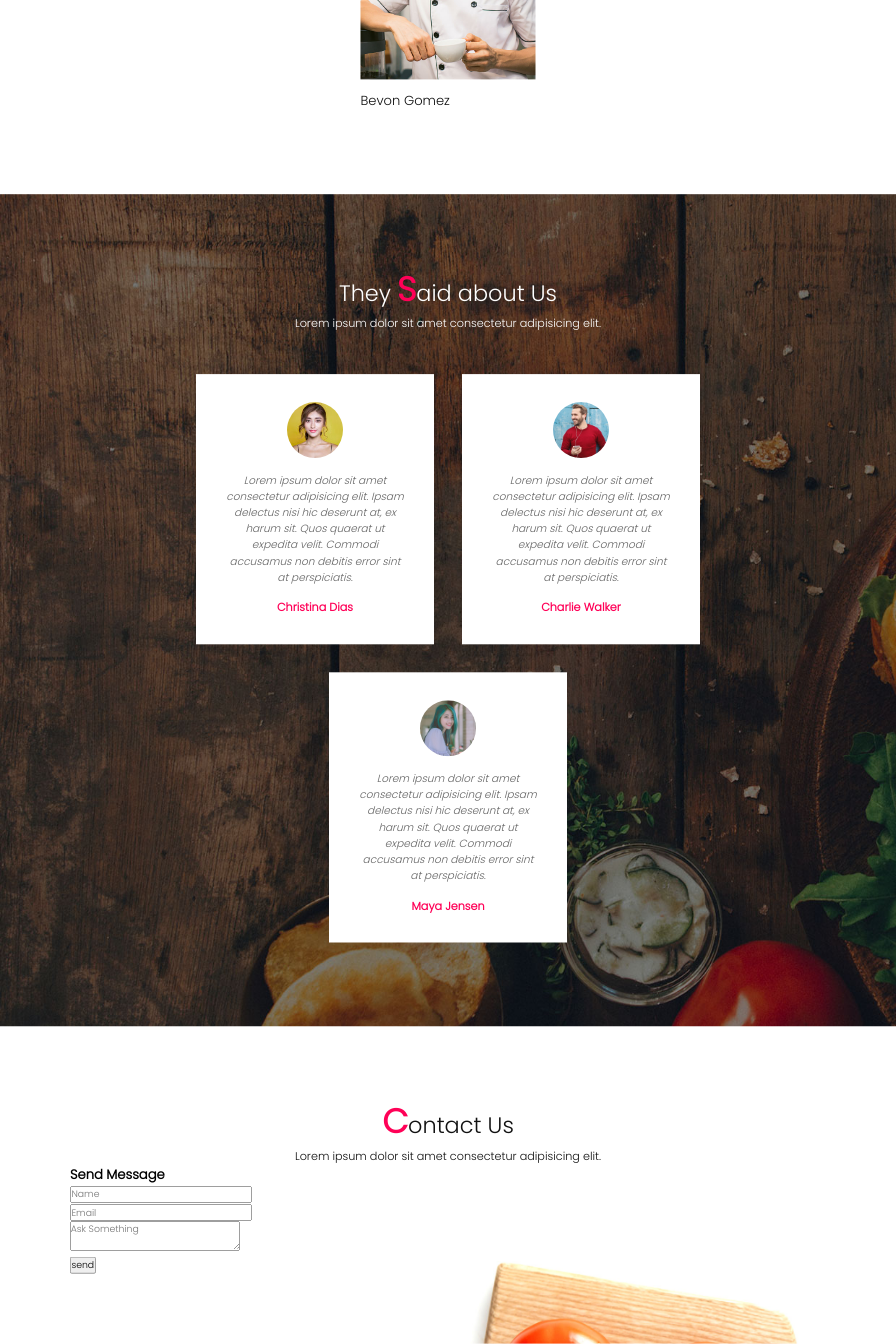
Repository: Adriandias1997/MobileFriendly_FoodWebsite
Page: index.html
An editor plug-in stored every save of this project. The page is shown before and after the next save, followed by the edit.
The browser window is 1280 px wide. The pictures show the part of the page from y = 3748 to 5668 px (the page is 5668 px tall), at 70% of full size.

Above is the page before, as saved 2020-10-16 17:58:10.

### index.html
<!DOCTYPE html>
<html lang="en">

<head>
    <meta charset="UTF-8">
    <meta name="viewport" content="width=device-width, initial-scale=1.0">
    <title>Food</title>
    <link rel="stylesheet" href="style.css">
</head>

<body>
    <header>
        <a href="#" class="logo">Food <span>Corner</span></a>
        <ul class="navigation">
            <li><a href="#banner">Home</a></li>
            <li><a href="#about">About Us</a></li>
            <li><a href="#menu">Menu</a></li>
            <li><a href="#expert">Expert</a></li>
            <li><a href="#testimonials">Testimonials</a></li>
            <li><a href="#contact">Contact</a></li>
        </ul>

    </header>
    <section class="banner" id="banner">
        <div class="content">
            <h2>Always choose Good</h2>
            <p>Lorem ipsum dolor sit amet consectetur adipisicing elit. Ipsam delectus nisi hic deserunt at, ex harum sit. Quos quaerat ut expedita velit. Commodi accusamus non debitis error sint at perspiciatis.</p>

            <a href="#" class="btn">Our Menu</a>
        </div>
    </section>

    <section class="about" id="about">
        <div class="row">
            <div class="col50">
                <h2 class="titleText"><span>A</span>bout Us</h2>
                <p>Lorem ipsum dolor sit amet consectetur adipisicing elit. Dolorum vero quam, at fuga facilis maiores consequatur! Quibusdam possimus debitis sed alias, provident fuga voluptatem, tempora eligendi aliquid quaerat laudantium repellat. Lorem
                    ipsum dolor sit amet consectetur adipisicing elit. Dolorum vero quam, at fuga facilis maiores consequatur! Quibusdam possimus debitis sed alias, provident fuga voluptatem, tempora eligendi aliquid quaerat laudantium repellat. Lorem
                    ipsum dolor sit amet consectetur adipisicing elit. Dolorum vero quam, at fuga facilis maiores consequatur! Quibusdam possimus debitis sed alias, provident fuga voluptatem, tempora eligendi aliquid quaerat laudantium repellat.
                </p>
            </div>
            <div class="col50">
                <div class="imgBx">
                    <img src="./Images/img1.jpg" alt="">
                </div>
            </div>
        </div>
    </section>

    <section class="menu" id="menu">
        <div class="title">
            <h2 class="titleText">Our <span>M</span>enu</h2>
            <p>Lorem ipsum dolor sit amet consectetur adipisicing elit.
            </p>
        </div>
        <div class="content">
            <div class="box">
                <div class="imgBx">
                    <img src="Images/menu1.jpg" alt="">
                </div>
                <div class="text">
                    <h3>Special Salads</h3>
                </div>
            </div>
            <div class="box">
                <div class="imgBx">
                    <img src="Images/menu2.jpg" alt="">
                </div>
                <div class="text">
                    <h3>Special Soups</h3>
                </div>
            </div>
            <div class="box">
                <div class="imgBx">
                    <img src="Images/menu3.jpg" alt="">
                </div>
                <div class="text">
                    <h3>Special Pasta</h3>
                </div>
            </div>
            <div class="box">
                <div class="imgBx">
                    <img src="Images/menu4.jpg" alt="">
                </div>
                <div class="text">
                    <h3>Special Salads</h3>
                </div>
            </div>
            <div class="box">
                <div class="imgBx">
                    <img src="Images/menu5.jpg" alt="">
                </div>
                <div class="text">
                    <h3>Special Soups</h3>
                </div>
            </div>
            <div class="box">
                <div class="imgBx">
                    <img src="Images/menu6.jpg" alt="">
                </div>
                <div class="text">
                    <h3>Special Salads</h3>
                </div>
            </div>
        </div>
        <div class="title">
            <a href="#" class="btn">
                View All
            </a>
        </div>
    </section>
    <section class="expert" id="expert">
        <div class="title">
            <h2 class="titleText">Our Kitchen <span>E</span>xpert</h2>
            <p>Lorem ipsum dolor sit amet consectetur adipisicing elit.
            </p>
        </div>
        <div class="content">
            <div class="box">
                <div class="imgBx">
                    <img src="Images/expert1.jpg" alt="">
                </div>
                <div class="text">
                    <h3>Tyler Brook</h3>
                </div>
            </div>
            <div class="box">
                <div class="imgBx">
                    <img src="Images/expert2.jpg" alt="">
                </div>
                <div class="text">
                    <h3>Dino Blok</h3>
                </div>
            </div>
            <div class="box">
                <div class="imgBx">
                    <img src="Images/expert3.jpg" alt="">
                </div>
                <div class="text">
                    <h3>Melanie Sasha</h3>
                </div>
            </div>
            <div class="box">
                <div class="imgBx">
                    <img src="Images/expert4.jpg" alt="">
                </div>
                <div class="text">
                    <h3>Bevon Gomez</h3>
                </div>
            </div>
        </div>
    </section>

    <section class="testimonials" id="testimonials">
        <div class="title white">
            <h2 class="titleText">They <span>S</span>aid about Us</h2>
            <p>Lorem ipsum dolor sit amet consectetur adipisicing elit.
            </p>
        </div>
        <div class="content">
            <div class="box">

                <div class="imgBx">
                    <img src="Images/testi1.jpg" alt="">
                </div>
                <div class="text">
                    <p>Lorem ipsum dolor sit amet consectetur adipisicing elit. Ipsam delectus nisi hic deserunt at, ex harum sit. Quos quaerat ut expedita velit. Commodi accusamus non debitis error sint at perspiciatis.
                    </p>
                    <h3>Christina Dias</h3>
                </div>
            </div>
            <div class="box">

                <div class="imgBx">
                    <img src="Images/testi2.jpg" alt="">
                </div>
                <div class="text">
                    <p>Lorem ipsum dolor sit amet consectetur adipisicing elit. Ipsam delectus nisi hic deserunt at, ex harum sit. Quos quaerat ut expedita velit. Commodi accusamus non debitis error sint at perspiciatis.
                    </p>
                    <h3>Charlie Walker</h3>
                </div>
            </div>
            <div class="box">

                <div class="imgBx">
                    <img src="Images/testi3.jpg" alt="">
                </div>
                <div class="text">
                    <p>Lorem ipsum dolor sit amet consectetur adipisicing elit. Ipsam delectus nisi hic deserunt at, ex harum sit. Quos quaerat ut expedita velit. Commodi accusamus non debitis error sint at perspiciatis.
                    </p>
                    <h3>Maya Jensen</h3>
                </div>
            </div>
        </div>
    </section>

    <section class="contact" id="contact">
        <div class="title">
            <h2 class="titleText"><span>C</span>ontact Us</h2>
            <p>Lorem ipsum dolor sit amet consectetur adipisicing elit.
            </p>
        </div>
        <div class="contactForm">
            <h3>Send Message</h3>
            <div class="inputBox">
                <input type="text" placeholder="Name">
            </div>
            <div class="inputBox">
                <input type="text" placeholder="Email">
            </div>
            <div class="inputBox">
                <textarea placeholder="Ask Something"></textarea>

                <div class="inputBox">
                    <input type="submit" value="send">
                </div>

            </div>
    </section>
    <script src="index.js"></script>
</body>

</html>

### style.css
        @import url("https://fonts.googleapis.com/css2?family=Poppins:wght@300&display=swap");
        * {
            margin: 0;
            padding: 0;
            box-sizing: border-box;
            font-family: "Poppins", sans-serif;
            scroll-behavior: smooth;
        }

        p {
            font-weight: 300;
            color: #111;
        }
        /* body {
    min-height: 1000px;
} */

        .banner {
            position: relative;
            width: 100%;
            min-height: 100vh;
            display: flex;
            justify-content: center;
            align-items: center;
            background: url(./Images/bg.jpg);
            background-size: cover;
        }

        .banner .content {
            max-width: 900px;
            text-align: center;
        }

        .banner .content h2 {
            font-size: 5em;
            color: #fff;
        }

        .banner .content p {
            font-size: 1em;
            color: #fff;
        }

        .btn {
            font-size: 1em;
            color: #fff;
            background: #ff0157;
            display: inline-block;
            padding: 10px 30px;
            text-transform: uppercase;
            text-decoration: none;
            letter-spacing: 2px;
            transition: 0.5s;
        }

        .btn:hover {
            background-color: #fff;
            color: #ff0157;
            letter-spacing: 6px;
        }

        header {
            position: fixed;
            top: 0;
            left: 0;
            width: 100%;
            padding: 40px 100px;
            z-index: 10000;
            display: flex;
            justify-content: space-between;
            align-items: center;
            transition: 0.5s;
        }

        header.sticky {
            background: #fff;
            padding: 10px 100px;
            box-shadow: 0 5px 20px rgba(0, 0, 0, 0.05);
        }

        header .logo {
            color: #fff;
            font-weight: 700;
            text-decoration: none;
            font-size: 2em;
        }

        header.sticky .logo {
            color: #111;
        }

        header .logo span {
            color: #ff0157;
        }

        header .navigation {
            position: relative;
            display: flex;
        }

        header .navigation li {
            list-style: none;
            margin-left: 30px;
        }

        header .navigation li a {
            text-decoration: none;
            color: #fff;
            font-weight: 300;
        }

        header.sticky .navigation li a {
            color: #111;
            font-weight: 300;
        }

        header .navigation li a:hover {
            color: #ff0157;
        }

        section {
            padding: 100px;
        }

        .row {
            position: relative;
            width: 100%;
            display: flex;
            justify-content: space-between;
        }

        .row .col50 {
            position: relative;
            width: 48%;
        }

        .titleText {
            color: #111;
            font-size: 2em;
            font-weight: 400;
        }

        .titleText span {
            color: #ff0157;
            font-size: 1.5em;
            font-weight: 700;
        }

        .row .col50 .imgBx {
            position: relative;
            width: 100%;
            height: 100%;
            /* min-height: 300px; */
        }

        .row .col50 .imgBx img {
            position: relative;
            top: 0;
            left: 0;
            width: 100%;
            height: 100%;
            object-fit: cover;
        }

        .title {
            width: 100%;
            display: flex;
            justify-content: center;
            align-items: center;
            flex-direction: column;
        }

        .menu .content {
            display: flex;
            justify-content: center;
            flex-direction: row-reverse;
            flex-wrap: wrap;
            margin-top: 40px;
        }

        .menu .content .box {
            width: 340px;
            margin: 20px;
            border: 15px solid #fff;
            box-shadow: 0 5px 20px rgba(0, 0, 0, 0.08);
        }

        .menu .content .box .imgBx {
            position: relative;
            width: 100%;
            height: 300px;
        }

        .menu .content .box .imgBx img {
            position: absolute;
            top: 0;
            left: 0;
            width: 100%;
            height: 100%;
            object-fit: cover;
        }

        .menu .content .box .text {
            padding: 15px 0 5px;
        }

        .menu .content .box .text h3 {
            font-weight: 400;
            color: #111;
        }

        .expert .content {
            display: flex;
            justify-content: center;
            align-items: center;
            flex-wrap: wrap;
            flex-direction: row;
            margin-top: 40px;
        }

        .expert .content .box {
            width: 250px;
            margin: 15px;
        }

        .expert .content .box .imgBx {
            position: relative;
            width: 100%;
            height: 300px;
        }

        .expert .content .box .imgBx img {
            position: absolute;
            top: 0;
            left: 0;
            width: 100%;
            height: 100%;
            object-fit: cover;
        }

        .expert .content .box .text {
            padding: 15px 0 5px;
        }

        .expert .content .box .text h3 {
            font-weight: 400;
            color: #111;
        }

        .testimonials {
            background: url(./Images/bg2.jpg);
            background-size: cover;
        }

        .white .titleText,
        .white p {
            color: #fff;
        }

        .testimonials .content {
            display: flex;
            justify-content: center;
            flex-wrap: wrap;
            flex-direction: row;
            margin-top: 40px;
        }

        .testimonials .content .box {
            width: 340px;
            margin: 20px;
            padding: 40px;
            background: #fff;
            display: flex;
            justify-content: center;
            align-items: center;
            flex-direction: column;
        }

        .testimonials .content .box .imgBx {
            position: relative;
            width: 80px;
            height: 80px;
            margin-bottom: 20px;
            border-radius: 50%;
            overflow: hidden;
        }

        .testimonials .content .box .imgBx img {
            position: absolute;
            top: 0;
            left: 0;
            width: 100%;
            height: 100%;
            object-fit: cover;
        }

        .testimonials .content .box .text {
            text-align: center;
        }

        .testimonials .content .box .text p {
            color: #666;
            font-style: italic;
            font-size: 15px;
        }

        .testimonials .content .box .text h3 {
            margin-top: 20px;
            color: #ff0157;
            font-size: 1em;
            font-weight: 600;
        }

        .contact {
            background: url(./Images/bg3.jpg);
            background-size: cover;
        }

### index.js
window.addEventListener('scroll', function() {
    const header = document.querySelector('header');
    header.classList.toggle('sticky', window.scrollY > 0);
});

After the next save:
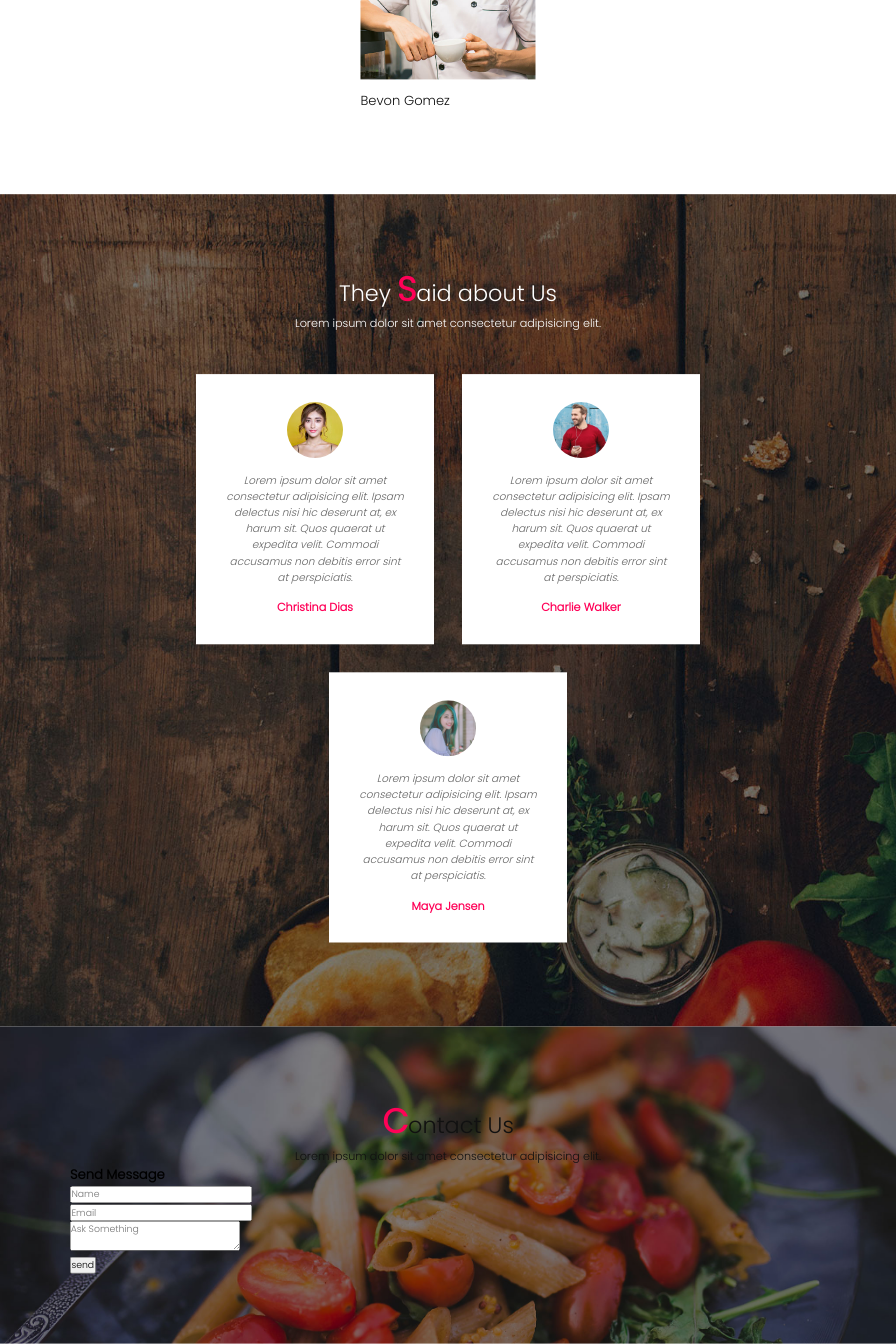
Saved 19 s later.
--- a/style.css
+++ b/style.css
@@ -312,6 +312,6 @@
         }
 
         .contact {
-            background: url(./Images/bg3.jpg);
+            background: url(./Images/bg.jpg);
             background-size: cover;
         }

After the save that followed:
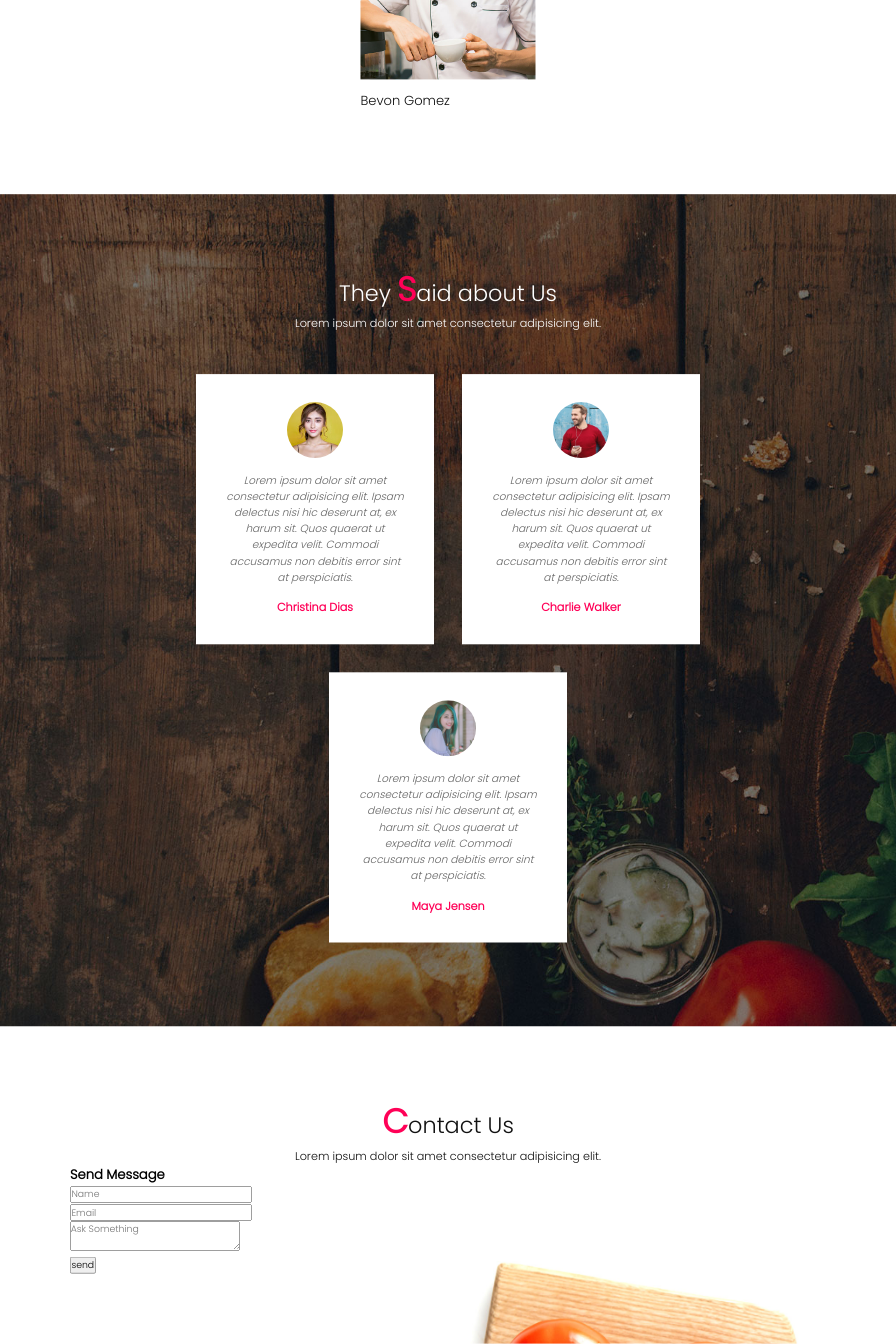
Saved 12 s later.
--- a/style.css
+++ b/style.css
@@ -312,6 +312,6 @@
         }
 
         .contact {
-            background: url(./Images/bg.jpg);
+            background: url(./Images/bg3.jpg);
             background-size: cover;
         }
